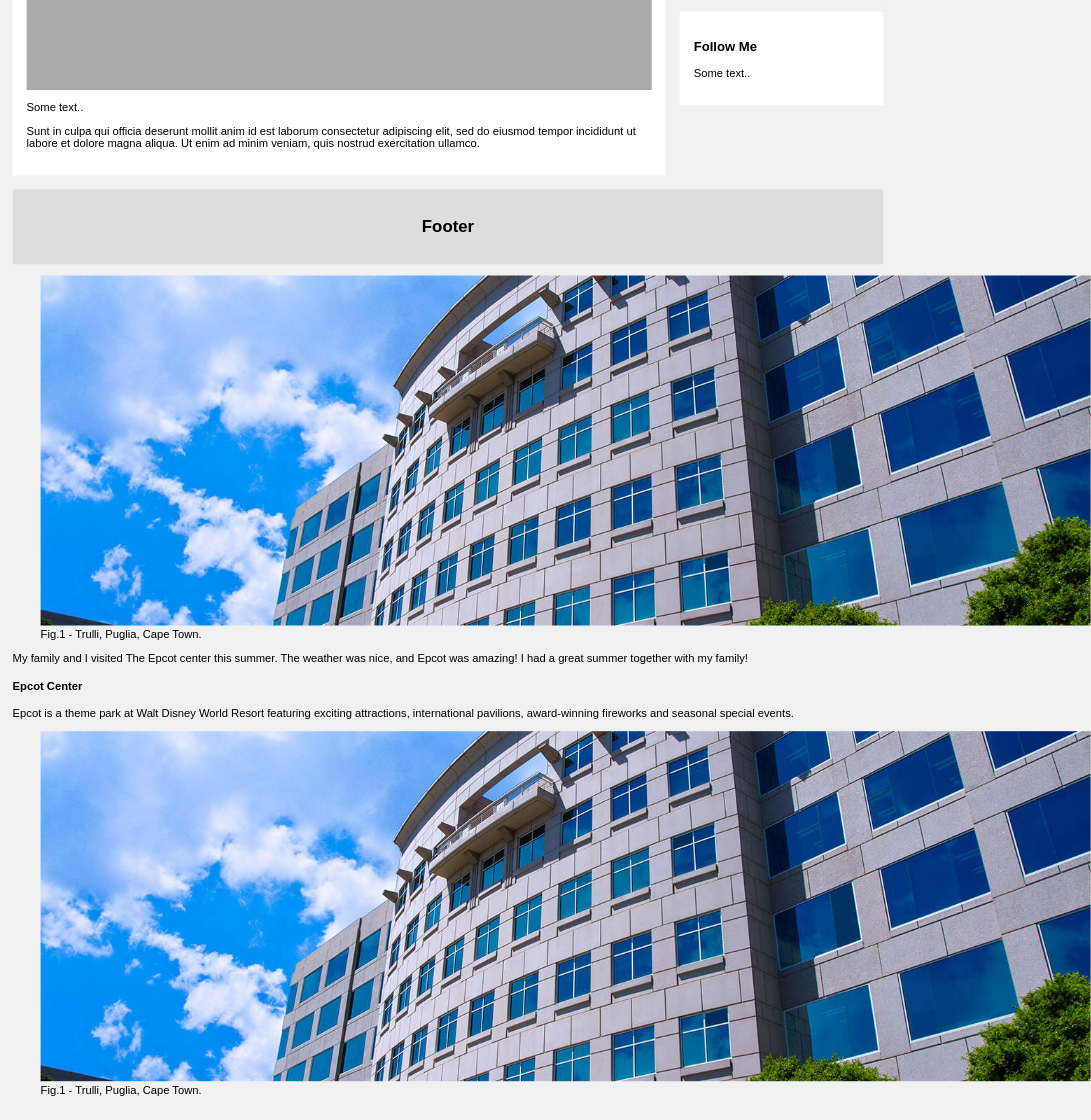
Repository: bjnabs/mws-workshop01
Page: index.html
An editor plug-in stored every save of this project. The page is shown before and after the next save, followed by the edit.
The browser window is 1280 px wide. The page is 1558 px wide, then 1280 px, so the pictures cover 1558 px, including what lies to the right of the window. The pictures show the part of the page from y = 972 to 2572 px (the page is 2572 px tall before and 1367 px after), at 70% of full size.

Above is the page before, as saved 2020-07-04 10:17:36.

### index.html
<!DOCTYPE html>
<html lang="en">
<header>
        <meta http-equiv="Content-Type" content="text/html; charset=utf-8" />
        <title>MWS Responsive Web Design</title>
        <link href="http://fonts.googleapis.com/css?family=Source+Sans+Pro:200,300,400,600,700,900|Varela+Round" rel="stylesheet" />
        <link href="css/mobile-first.css" rel="stylesheet" />
</header>
<body>


    <div class="header">
        <h1>My Website</h1>
        <p>Resize the browser window to see the effect.</p>
      </div>

      <div class="topnav">
        <a href="#">Link</a>
        <a href="#">Link</a>
        <a href="#">Link</a>
        <a href="#" style="float:right">Link</a>
      </div>

      <div class="row">
        <div class="leftcolumn">
          <div class="card">
            <h2>TITLE HEADING</h2>
            <h5>Title description, Dec 7, 2017</h5>
            <div class="fakeimg" style="height:200px;">Image</div>
            <p>Some text..</p>
            <p>Sunt in culpa qui officia deserunt mollit anim id est laborum consectetur adipiscing elit, sed do eiusmod tempor incididunt ut labore et dolore magna aliqua. Ut enim ad minim veniam, quis nostrud exercitation ullamco.</p>
          </div>
          <div class="card">
            <h2>TITLE HEADING</h2>
            <h5>Title description, Sep 2, 2017</h5>
            <div class="fakeimg" style="height:200px;">Image</div>
            <p>Some text..</p>
            <p>Sunt in culpa qui officia deserunt mollit anim id est laborum consectetur adipiscing elit, sed do eiusmod tempor incididunt ut labore et dolore magna aliqua. Ut enim ad minim veniam, quis nostrud exercitation ullamco.</p>
          </div>
        </div>
        <div class="rightcolumn">
          <div class="card">
            <h2>About Me</h2>
            <div class="fakeimg" style="height:100px;">Image</div>
            <p>Some text about me in culpa qui officia deserunt mollit anim..</p>
          </div>
          <div class="card">
            <h3>Popular Post</h3>
            <div class="fakeimg"><p>Image</p></div>
            <div class="fakeimg"><p>Image</p></div>
            <div class="fakeimg"><p>Image</p></div>
          </div>
          <div class="card">
            <h3>Follow Me</h3>
            <p>Some text..</p>
          </div>
        </div>
      </div>

      <div class="footer">
        <h2>Footer</h2>
      </div>

    <div class="container">
        <section class="section">

            <figure>
                <img src="/images/pic03.jpg" alt="Trulli">
                <figcaption>Fig.1 - Trulli, Puglia, Cape Town.</figcaption>
            </figure>
            <p>My family and I visited The Epcot center this summer. The weather was nice, and Epcot was amazing! I had a great summer together with my family!</p>
        </section>


        <aside class="aside">
            <h4>Epcot Center</h4>
            <p>Epcot is a theme park at Walt Disney World Resort featuring exciting attractions, international pavilions, award-winning fireworks and seasonal special events.</p>
            <figure>
                <img src="/images/pic03.jpg" alt="Trulli">
                <figcaption>Fig.1 - Trulli, Puglia, Cape Town.</figcaption>
            </figure>
         </aside>

      </div>
</body>
</html>

### css/mobile-first.css

* {
  box-sizing: border-box;
}

body {
  font-family: Arial;
  padding: 10px;
  background: #f1f1f1;
}

/* Header/Blog Title */
.header {
  padding: 30px;
  text-align: center;
  background: white;
}

.header h1 {
  font-size: 50px;
}

/* Style the top navigation bar */
.topnav {
  overflow: hidden;
  background-color: #333;
}

/* Style the topnav links */
.topnav a {
  float: left;
  display: block;
  color: #f2f2f2;
  text-align: center;
  padding: 14px 16px;
  text-decoration: none;
}

/* Change color on hover */
.topnav a:hover {
  background-color: #ddd;
  color: black;
}

/* Create two unequal columns that floats next to each other */
/* Left column */
.leftcolumn {
  float: left;
  width: 75%;
}

/* Right column */
.rightcolumn {
  float: left;
  width: 25%;
  background-color: #f1f1f1;
  padding-left: 20px;
}

/* Fake image */
.fakeimg {
  background-color: #aaa;
  width: 100%;
  padding: 20px;
}

/* Add a card effect for articles */
.card {
  background-color: white;
  padding: 20px;
  margin-top: 20px;
}

/* Clear floats after the columns */
.row:after {
  content: "";
  display: table;
  clear: both;
}

/* Footer */
.footer {
  padding: 20px;
  text-align: center;
  background: #ddd;
  margin-top: 20px;
}

/* Responsive layout - when the screen is less than 800px wide, make the two columns stack on top of each other instead of next to each other */
@media screen and (max-width: 800px) {
  .leftcolumn, .rightcolumn {
    width: 100%;
    padding: 0;
  }
}

/* Responsive layout - when the screen is less than 400px wide, make the navigation links stack on top of each other instead of next to each other */
@media screen and (max-width: 400px) {
  .topnav a {
    float: none;
    width: 100%;
  }
}
}

After the next save:
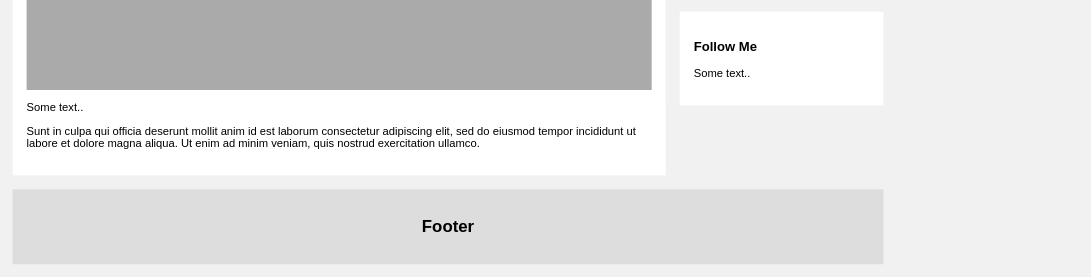
Saved 42 s later.
--- a/index.html
+++ b/index.html
@@ -60,27 +60,5 @@
       <div class="footer">
         <h2>Footer</h2>
       </div>
-
-    <div class="container">
-        <section class="section">
-
-            <figure>
-                <img src="/images/pic03.jpg" alt="Trulli">
-                <figcaption>Fig.1 - Trulli, Puglia, Cape Town.</figcaption>
-            </figure>
-            <p>My family and I visited The Epcot center this summer. The weather was nice, and Epcot was amazing! I had a great summer together with my family!</p>
-        </section>
-
-
-        <aside class="aside">
-            <h4>Epcot Center</h4>
-            <p>Epcot is a theme park at Walt Disney World Resort featuring exciting attractions, international pavilions, award-winning fireworks and seasonal special events.</p>
-            <figure>
-                <img src="/images/pic03.jpg" alt="Trulli">
-                <figcaption>Fig.1 - Trulli, Puglia, Cape Town.</figcaption>
-            </figure>
-         </aside>
-
-      </div>
 </body>
 </html>
